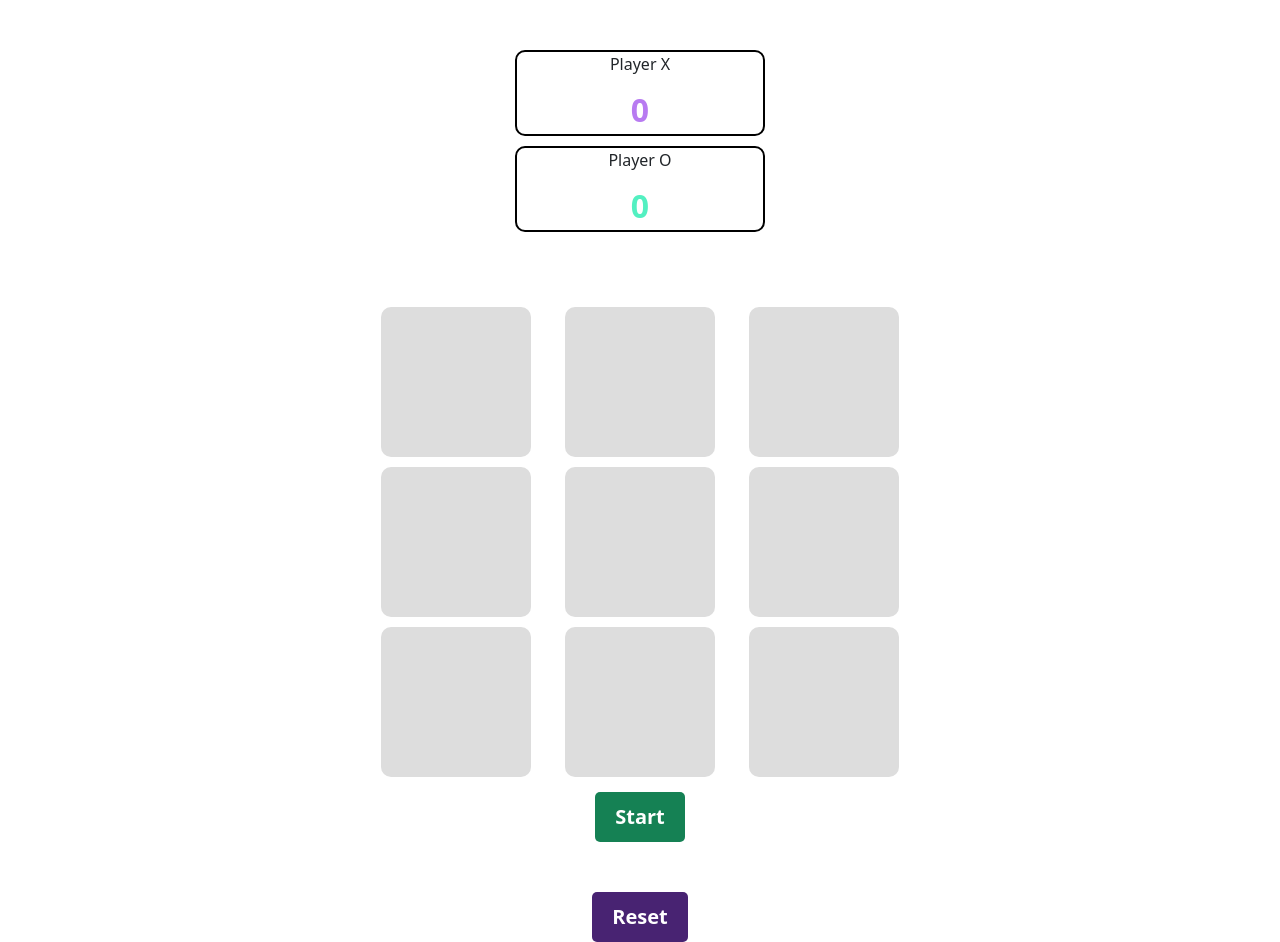
Repository: woodsdeshe/Tic-Tac-Toe
Page: index.html
The author's editor kept a copy of each file at every save. The page is drawn from the files as they stood at one save, then again after a run of saves.
The browser window is 1280 px wide. The pictures show the whole page.

Above is the page before, as saved 2023-03-31 21:33:44.

After the next 2 saves:
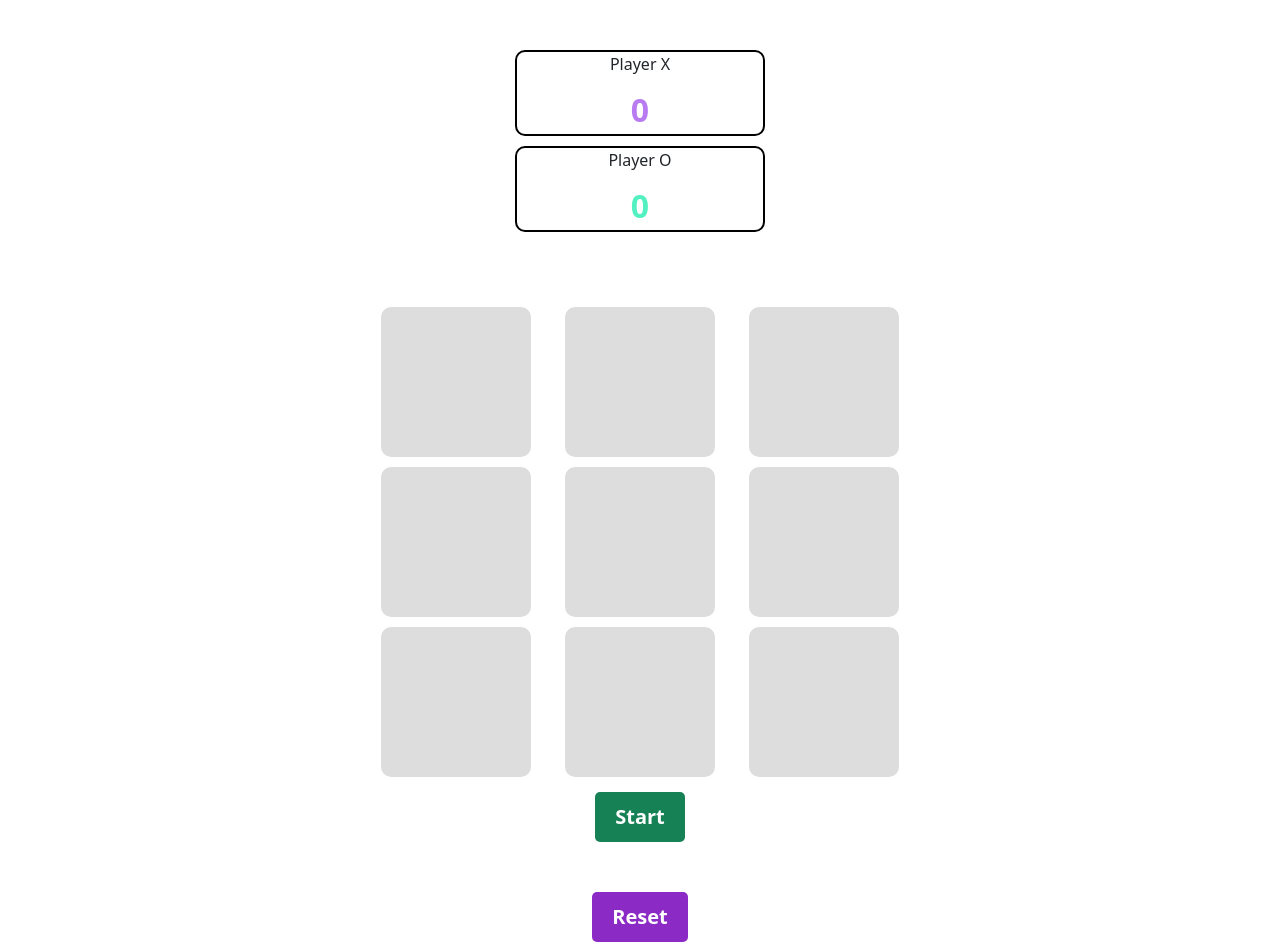
The 2 saves are shown as one change because they came seconds apart.
The last was saved 15 s later.
--- a/styles.css
+++ b/styles.css
@@ -84,7 +84,7 @@
   font-size: 20px;
   font-weight: bold;
   padding: 10px 20px;
-  background-color: #482372;
+  background-color: #8b2ac4;
   color: white;
   border-radius: 5px;
   border: none;
